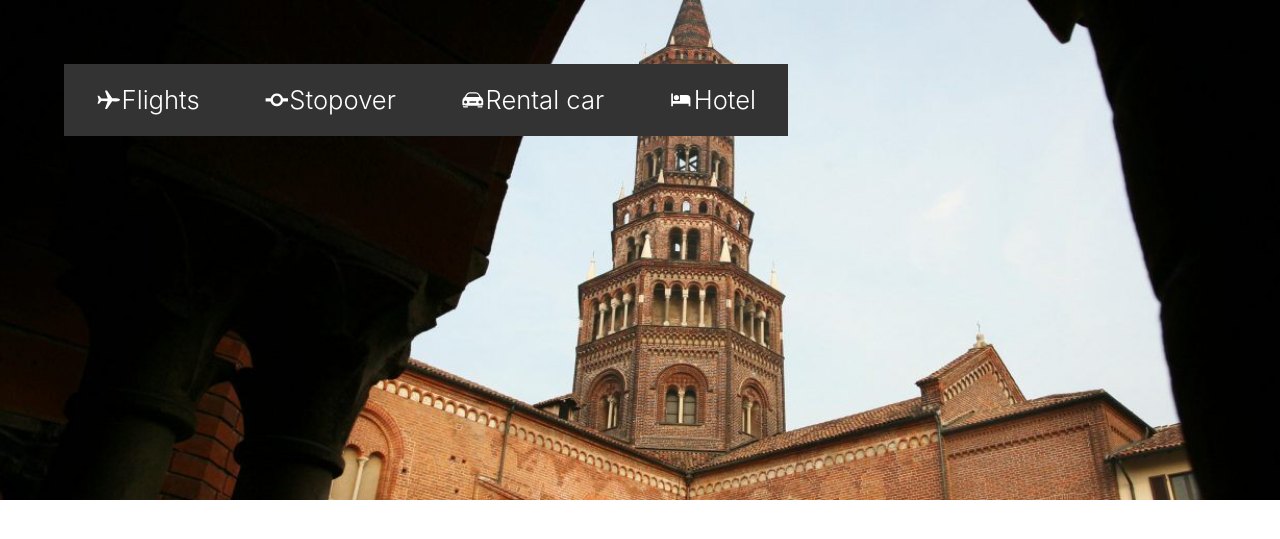
Repository: guidogr95/Everymundo-Excercise
Page: /
The author's editor kept a copy of each file at every save. The page is drawn from the files as they stood at one save, then again after the next save.
The browser window is 1280 px wide. The pictures show the whole page.
The project was rebuilt for these pictures with package versions that can differ from the ones it lists, and the page was loaded fresh each time.

Above is the page before, as saved 2021-06-30 21:10:37.

After the next save:
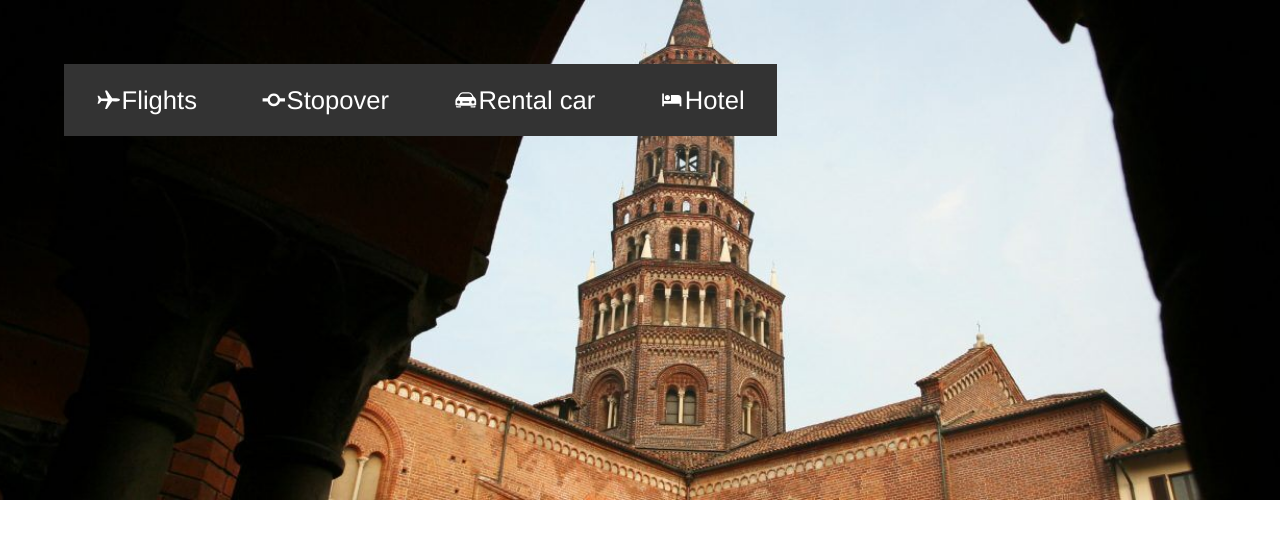
Saved 2 s later.
--- a/src/styles/_global.scss
+++ b/src/styles/_global.scss
@@ -6,6 +6,7 @@ body {
   position: relative;
   padding: 0;
   margin: 0;
+  font-family: $font-family;
 }
 * {
   box-sizing: border-box;
